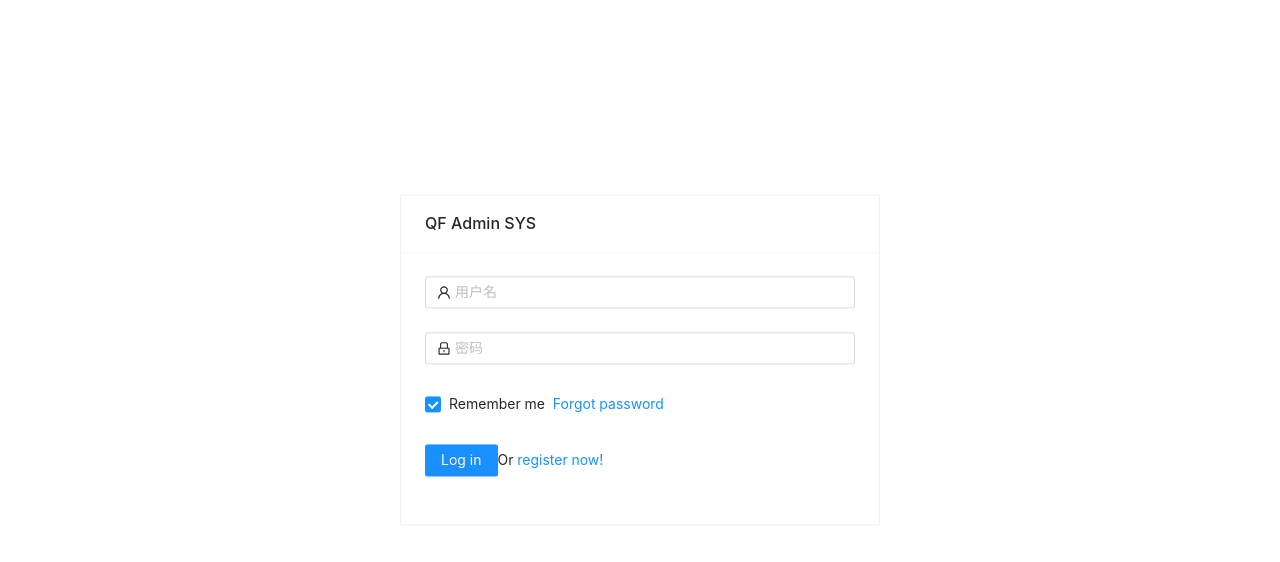
Repository: 13982720426/demo01
Page: /#/login
The author's editor kept a copy of each file at every save. The page is drawn from the files as they stood at one save, then again after the next save.
The browser window is 1280 px wide. The pictures show the whole page.
The project was rebuilt for these pictures with package versions that can differ from the ones it lists, and the page was loaded fresh each time. Also part of the build but not shown: src/pages/admin/dashboard/Index.js, src/pages/admin/products/List.js, src/pages/admin/products/Edit.js, src/pages/PageNotFound.js, src/components/Frame/Index.js, src/App.js.

Above is the page before, as saved 2021-04-04 21:32:30.

### src/index.js
import React from 'react'
import ReactDOM from 'react-dom'
import './index.css'
import App from './App'
import 'antd/dist/antd.css'
import { HashRouter as Router, Switch, Route, Redirect } from 'react-router-dom'
import { mainRoutes } from './routes'

ReactDOM.render(
  <Router>
    <Switch>
      <Route path="/admin" render={(routeProps) => <App {...routeProps} />} />
      {mainRoutes.map((route) => {
        return <Route key={route.path} {...route} />
      })}
      <Redirect to="/admin" from="/" />

      <Redirect to="/404" />
    </Switch>
  </Router>,
  document.getElementById('root')
)

### src/routes/index.js
import Login from '../pages/Login'
import Index from '../pages/admin/dashboard/Index'
import List from '../pages/admin/products/List'
import Edit from '../pages/admin/products/Edit'
import PageNotFound from '../pages/PageNotFound'

export const mainRoutes = [
  {
    path: '/login',
    component: Login,
  },
  {
    path: '/404',
    component: PageNotFound,
  },
]

export const adminRoutes = [
  {
    path: '/admin/dashboard',
    component: Index,
    isShow: true,
    title: '看板',
  },
  {
    path: '/admin/products',
    component: List,
    isShow: true,
    exact: true,
    title: '商品管理',
  },
  {
    path: '/admin/products/edit/:id?',
    component: Edit,
    isShow: false,
  },
]

### src/App.css
html,body,#root,
.ant-layout{
    width: 100%;
    height: 100%;
}

### src/pages/Login.js
import React from 'react'
import { Form, Input, Button, Checkbox, Card } from 'antd'
import { UserOutlined, LockOutlined } from '@ant-design/icons'
import './Login.css'

function Login(props) {
  const onFinish = (values) => {
    console.log('Received values of form: ', values)
  }
  return (
    <Card title="QF Admin SYS" className="login-form">
      <Form
        name="normal_login"
        initialValues={{
          remember: true,
        }}
        onFinish={onFinish}
      >
        <Form.Item
          name="username"
          rules={[
            {
              required: true,
              message: '请输入用户名!',
            },
          ]}
        >
          <Input
            prefix={<UserOutlined className="site-form-item-icon" />}
            placeholder="用户名"
          />
        </Form.Item>
        <Form.Item
          name="password"
          rules={[
            {
              required: true,
              message: '请输入密码!',
            },
          ]}
        >
          <Input
            prefix={<LockOutlined className="site-form-item-icon" />}
            type="password"
            placeholder="密码"
          />
        </Form.Item>
        <Form.Item>
          <Form.Item name="remember" valuePropName="checked" noStyle>
            <Checkbox>Remember me</Checkbox>
          </Form.Item>

          <a className="login-form-forgot" href="">
            Forgot password
          </a>
        </Form.Item>

        <Form.Item>
          <Button
            type="primary"
            htmlType="submit"
            className="login-form-button"
          >
            Log in
          </Button>
          Or <a href="">register now!</a>
        </Form.Item>
      </Form>
    </Card>
  )
}

export default Login

### src/pages/Login.css
.login-form{
    width: 480px;
    position: relative;
    left: 50%;
    top: 50%;
    transform: translate3d(-50%,-50%,0);
}

Loaded but not shown: public/index.html (common file); src/index.css (common file)

After the next save:
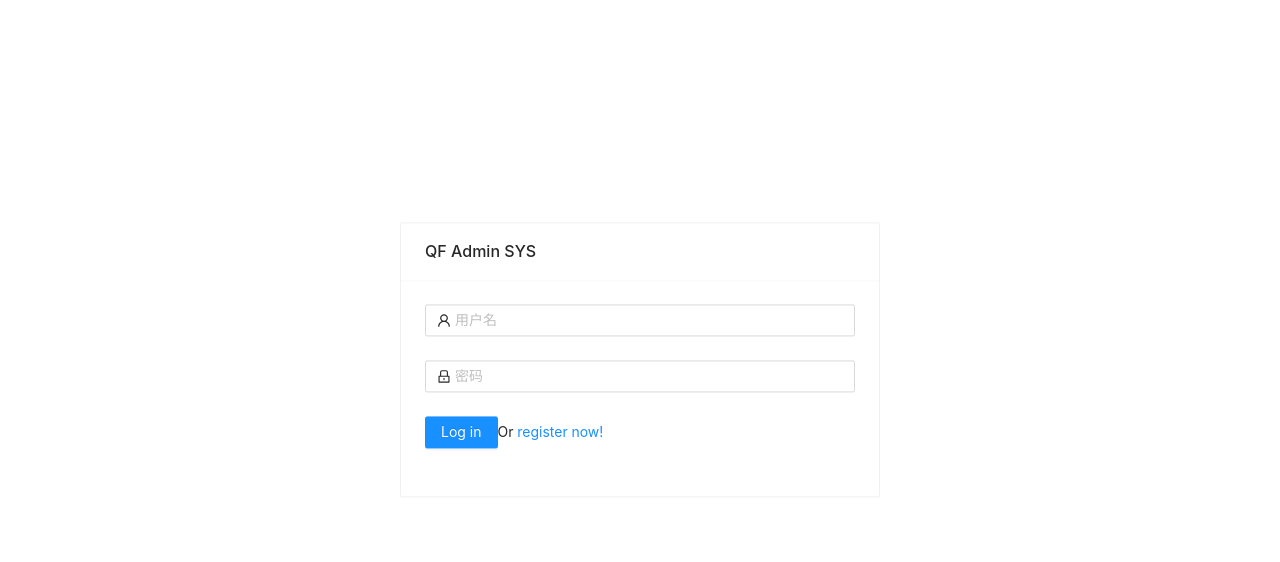
Saved 21 s later.
--- a/src/pages/Login.js
+++ b/src/pages/Login.js
@@ -45,15 +45,6 @@ function Login(props) {
             placeholder="密码"
           />
         </Form.Item>
-        <Form.Item>
-          <Form.Item name="remember" valuePropName="checked" noStyle>
-            <Checkbox>Remember me</Checkbox>
-          </Form.Item>
-
-          <a className="login-form-forgot" href="">
-            Forgot password
-          </a>
-        </Form.Item>
 
         <Form.Item>
           <Button
